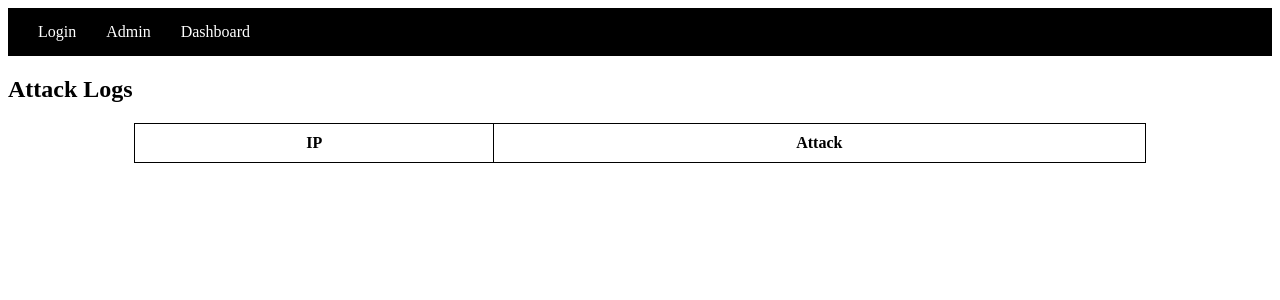
Repository: phanindrareddy2006/Honeypot
Page: /dashboard (app in honeypot-frontend/)
The author's editor kept a copy of each file at every save. The page is drawn from the files as they stood at one save, then again after the next save.
The browser window is 1280 px wide. The pictures show the whole page.
The page's requests for data from a server got no answer. The project was rebuilt for these pictures with package versions that can differ from the ones it lists, and the page was loaded fresh each time. No one was signed in, and anything a server would have sent is missing. Also part of the build but not shown: honeypot-frontend/vite.config.js, honeypot-frontend/src/components/Login.css, honeypot-frontend/src/components/Login.jsx, honeypot-frontend/src/components/Admin.css, honeypot-frontend/src/components/Admin.jsx.

Above is the page before, as saved 2026-02-21 10:25:42.

After the next save:
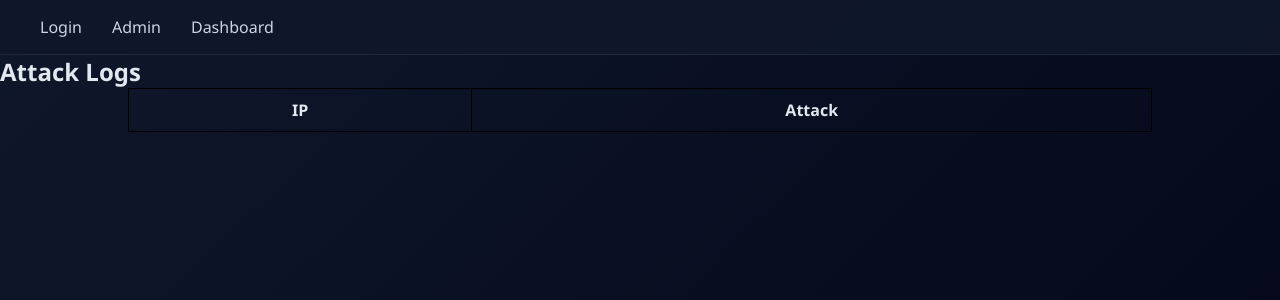
Saved 4 min 37 s later.
--- a/honeypot-frontend/src/App.css
+++ b/honeypot-frontend/src/App.css
@@ -1,17 +1,36 @@
-nav{
+/* App.css */
 
-background:black;
-
-padding:15px;
-
+* {
+  margin: 0;
+  padding: 0;
+  box-sizing: border-box;
+  font-family: "Segoe UI", Roboto, Arial, sans-serif;
 }
 
-nav a{
+body {
+  background: linear-gradient(135deg, #0f172a, #020617);
+  color: #e2e8f0;
+  min-height: 100vh;
+}
 
-color:white;
+/* Navbar */
 
-margin:15px;
+nav {
+  background: rgba(15, 23, 42, 0.95);
+  padding: 16px 40px;
+  display: flex;
+  gap: 30px;
+  border-bottom: 1px solid #1e293b;
+}
 
-text-decoration:none;
+nav a {
+  color: #cbd5e1;
+  text-decoration: none;
+  font-size: 16px;
+  font-weight: 500;
+  transition: 0.3s;
+}
 
+nav a:hover {
+  color: #38bdf8;
 }
